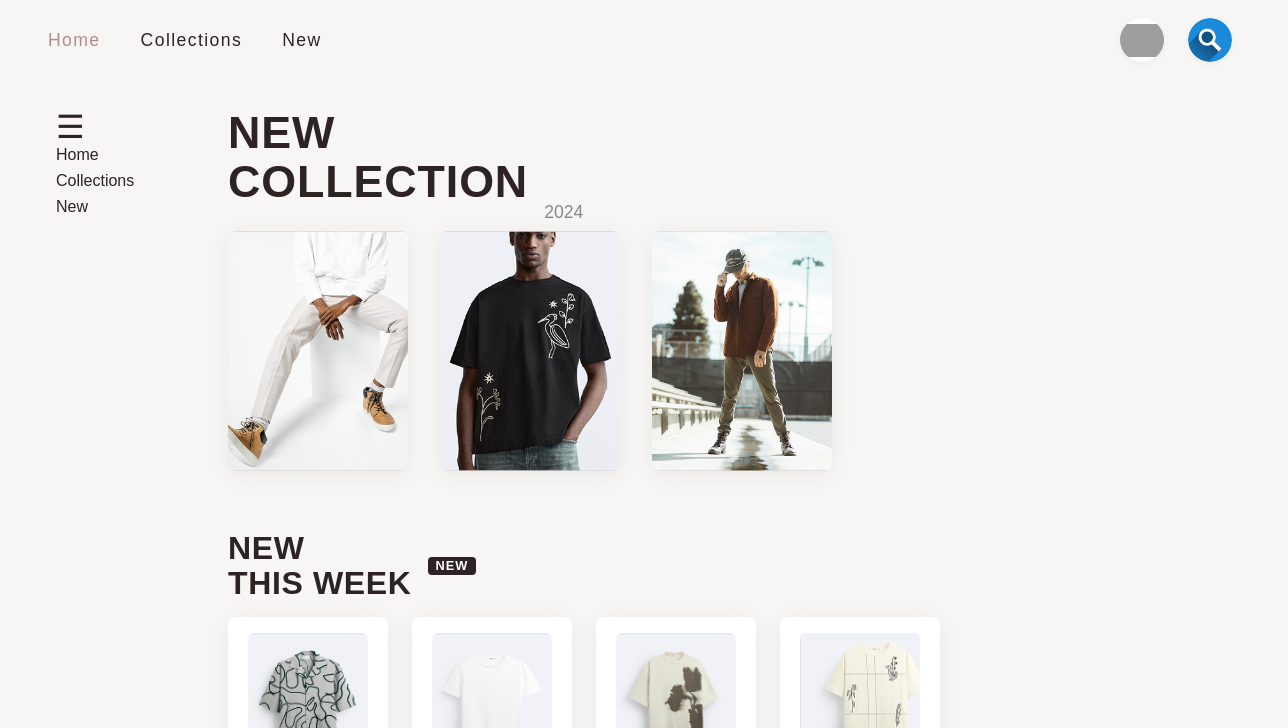
Repository: Diegoms0595/retail-dashboard-app
Page: index.html
These files come from the project's save history. The page is drawn as it stood at one moment and after the next save; the edit follows.
The browser window is 1280 px wide. The page is 1288 px wide, so the pictures cover 1288 px, including what lies to the right of the window. The pictures show the whole page.
Pictures or frames that could not be fetched are drawn as grey boxes. An inner scrolling area shows only its first screen.

Above is the page before, as saved 2025-06-23 19:33:33.

### index.html
<!DOCTYPE html>
<html lang="en">
<head>
  <meta charset="UTF-8" />
  <meta name="viewport" content="width=device-width, initial-scale=1.0"/>
  <title>XIV Fashion Home</title>
  <link rel="stylesheet" href="style.css" />
</head>
<body>

  <div data-include="header.html"></div>

  <div class="main-wrapper">
    <aside class="sidebar" id="sidebar">
      <div class="sidebar-menu">
        <span class="menu-icon" id="menuToggle">&#9776;</span>
        <div class="sidebar-links">
          <span>Home</span>
          <span>Collections</span>
          <span>New</span>
        </div>
      </div>
    </aside>

    <main class="main-content">
      <section class="hero-section">
        <div class="section-header">
          <h1 class="hero-title">NEW<br>COLLECTION</h1>
          <span class="section-subtitle">2024</span>
        </div>
        <div class="hero-products">
          <img src="Assets/hero1.png" alt="Product 1" />
          <img src="Assets/hero2.png" alt="Product 2" />
          <img src="Assets/hero3.png" alt="Product 3" />
        </div>
      </section>

      <section class="week-section">
        <div class="section-header">
          <h2 class="section-title">NEW<br>THIS WEEK <span class="new-badge">NEW</span></h2>
        </div>
        <div class="week-products">
          <div class="week-product">
            <img src="Assets/week1.png" alt="Pattern Shirt" />
            <div class="product-name">Pattern Shirt</div>
            <div class="product-price">$199</div>
          </div>
          <div class="week-product">
            <img src="Assets/week2.png" alt="White Tee" />
            <div class="product-name">White Tee</div>
            <div class="product-price">$150</div>
          </div>
          <div class="week-product">
            <img src="Assets/week3.png" alt="Beige Tee" />
            <div class="product-name">Beige Tee</div>
            <div class="product-price">$170</div>
          </div>
          <div class="week-product">
            <img src="Assets/week4.png" alt="Print Tee" />
            <div class="product-name">Print Tee</div>
            <div class="product-price">$160</div>
          </div>
        </div>
      </section>

      <section class="collection-section">
        <div class="section-header">
          <h2 class="section-title">XIV<br>COLLECTIONS<br>23-24</h2>
        </div>
        <div class="collection-products">
          <div class="collection-product">
            <img src="Assets/col1.png" alt="Green Shirt" />
            <div class="product-name">Green Shirt</div>
            <div class="product-price">$199</div>
          </div>
          <div class="collection-product">
            <img src="Assets/col2.png" alt="White Pants" />
            <div class="product-name">White Pants</div>
            <div class="product-price">$170</div>
          </div>
          <div class="collection-product">
            <img src="Assets/col3.png" alt="Beige Tee" />
            <div class="product-name">Beige Tee</div>
            <div class="product-price">$150</div>
          </div>
        </div>
      </section>

      <section class="approach-section">
        <h3>OUR APPROACH TO FASHION DESIGN</h3>
        <p>Minimal, aesthetic, and sustainable. We believe in timeless design and responsible production for a better future.</p>
        <div class="approach-gallery">
          <img src="Assets/look1.png" alt="Lookbook 1" />
          <img src="Assets/look2.png" alt="Lookbook 2" />
          <img src="Assets/look3.png" alt="Lookbook 3" />
          <img src="Assets/look4.png" alt="Lookbook 4" />
        </div>
      </section>
    </main>
  </div>

  <div data-include="footer.html"></div>

  <script src="include.js" defer></script>


</body>
</html>

### style.css
* {
  box-sizing: border-box;
}

html, body {
  margin: 10;
  padding: 0;
  font-family: 'Montserrat', Arial, sans-serif;
  background: #f7f6f4;
  color: #2d2323;
  height: 100%;
  width: 100%;
  overflow-x: hidden;
}

body {
  min-height: 100vh;
  width: 100vw;
}

.site-header {
  width: 100vw;
  height: 80px;
  display: flex;
  align-items: center;
  justify-content: space-between;
  padding: 0 48px;
  background: none;
  box-sizing: border-box;
  position: fixed;
  top: 0;
  left: 0;
  z-index: 10;
}

.main-nav {
  display: flex;
  gap: 40px;
}

.main-nav a {
  text-decoration: none;
  color: #2d2323;
  font-size: 1.1rem;
  letter-spacing: 0.08em;
  padding: 8px 0;
  transition: color 0.2s;
}

.main-nav a.active,
.main-nav a:hover {
  color: #b48b8b;
}

.top-icons {
  display: flex;
  gap: 24px;
  align-items: center;
}

.icon-btn {
  width: 44px;
  height: 44px;
  display: flex;
  align-items: center;
  justify-content: center;
  border-radius: 50%;
  background: #fff;
  border: none;
  box-shadow: 0 2px 8px rgba(0,0,0,0.04);
  cursor: pointer;
  padding: 0;
  overflow: hidden;
}

.icon-btn img {
  width: 100%;
  height: 100%;
  object-fit: contain;
  display: block;
}

.main-wrapper {
  display: flex;
  flex-direction: row;
  margin-top: 100px;
  width: 100vw;
  box-sizing: border-box;
}

.sidebar {
  width: 220px;
  background: none;
  padding: 0 24px 0 48px;
  font-size: 1rem;
  display: flex;
  flex-direction: column;
  gap: 32px;
}

.menu-icon {
  font-size: 2rem;
  margin-bottom: 24px;
  cursor: pointer;
}


.sidebar-links {
  display: flex;
  flex-direction: column;
  gap: 8px;
  margin-bottom: 24px;
}

.sidebar-filters {
  display: flex;
  flex-direction: column;
  gap: 10px;
}

.filter-title {
  font-weight: bold;
  margin-bottom: 10px;
}

.filter-group {
  margin-bottom: 8px;
  font-size: 0.95rem;
}

.filter-count {
  color: #888;
  font-size: 0.9em;
}

.main-content {
  flex: 1;
  display: flex;
  flex-direction: column;
  align-items: stretch;
  margin-right: 48px;
}

.hero-section {
  margin-top: 0;
  margin-bottom: 48px;
  display: flex;
  flex-direction: column;
  align-items: flex-start;
}

.section-header {
  display: flex;
  align-items: flex-end;
  justify-content: space-between;
  margin-bottom: 8px;
}

.hero-title {
  font-size: 2.8rem;
  font-weight: 800;
  margin: 0 0 16px 0;
  line-height: 1.1;
  letter-spacing: 0.02em;
}

.section-subtitle {
  font-size: 1.1rem;
  color: #888;
  margin-left: 16px;
}

.hero-products {
  display: flex;
  gap: 32px;
  margin-bottom: 12px;
}

.hero-products img {
  width: 180px;
  height: 240px;
  object-fit: cover;
  border-radius: 8px;
  box-shadow: 0 4px 24px rgba(0,0,0,0.06);
  background: #fff;
}

.section-title {
  font-size: 2rem;
  font-weight: 800;
  margin: 0 0 8px 0;
  line-height: 1.1;
  letter-spacing: 0.02em;
  display: flex;
  align-items: center;
  gap: 8px;
}

.new-badge {
  background: #2d2323;
  color: #fff;
  font-size: 0.8rem;
  border-radius: 4px;
  padding: 2px 8px;
  margin-left: 8px;
  font-weight: 600;
  letter-spacing: 0.08em;
}

.week-section {
  margin-bottom: 48px;
}

.week-products {
  display: flex;
  gap: 24px;
}

.week-product {
  background: #fff;
  border-radius: 8px;
  box-shadow: 0 4px 24px rgba(0,0,0,0.06);
  padding: 16px 8px 8px 8px;
  display: flex;
  flex-direction: column;
  align-items: center;
  width: 160px;
}

.week-product img {
  width: 120px;
  height: 140px;
  object-fit: cover;
  border-radius: 6px;
  margin-bottom: 8px;
  background: #fff;
}

.product-name {
  font-size: 1.05rem;
  font-weight: 600;
  margin-bottom: 2px;
  text-align: center;
}

.product-price {
  font-size: 1rem;
  color: #2d2323;
  font-weight: 700;
  margin-top: 4px;
}

.collection-section {
  margin-bottom: 48px;
}

.collection-products {
  display: flex;
  gap: 24px;
}

.collection-product {
  background: #fff;
  border-radius: 8px;
  box-shadow: 0 4px 24px rgba(0,0,0,0.06);
  padding: 16px 8px 8px 8px;
  display: flex;
  flex-direction: column;
  align-items: center;
  width: 160px;
}

.collection-product img {
  width: 120px;
  height: 140px;
  object-fit: cover;
  border-radius: 6px;
  margin-bottom: 8px;
  background: #fff;
}

.approach-section {
  margin: 64px 0 0 0;
  text-align: center;
}

.approach-section h3 {
  font-size: 1.3rem;
  font-weight: 700;
  margin-bottom: 8px;
  letter-spacing: 0.08em;
}

.approach-section p {
  font-size: 1rem;
  color: #6a5c5c;
  margin-bottom: 32px;
}

.approach-gallery {
  display: flex;
  justify-content: center;
  gap: 32px;
  margin-bottom: 48px;
}

.approach-gallery img {
  width: 140px;
  height: 180px;
  object-fit: cover;
  border-radius: 8px;
  background: #fff;
}

.site-footer {
  width: 100vw;
  display: flex;
  flex-direction: column;
  align-items: center;
  justify-content: center;
  padding: 32px 0 16px 0;
  background: none;
  box-sizing: border-box;
  margin-top: 32px;
}

.footer-links {
  display: flex;
  gap: 32px;
  margin-bottom: 16px;
}

.footer-links a {
  color: #2d2323;
  text-decoration: none;
  font-size: 1rem;
  letter-spacing: 0.08em;
  transition: color 0.2s;
}

.footer-links a:hover {
  color: #b48b8b;
}

.footer-brand {
  display: flex;
  align-items: center;
  gap: 16px;
  font-size: 1.3rem;
  font-weight: 700;
  letter-spacing: 0.1em;
  margin-top: 8px;
}

.footer-arrow {
  font-size: 1.5rem;
}

.footer-xiv {
  font-size: 1.5rem;
  font-weight: 900;
}

.footer-qr {
  font-size: 1.1rem;
  font-weight: 700;
}

### Include.js
function includeHTML() {
  const includes = document.querySelectorAll('[data-include]');
  includes.forEach(el => {
    const file = el.getAttribute('data-include');
    fetch(file)
      .then(res => res.text())
      .then(data => {
        el.innerHTML = data;
      })
      .catch(err => {
        console.error(err);
        el.innerHTML = "<!-- No se pudo cargar el archivo -->";
      });
  });
}

document.addEventListener("DOMContentLoaded", includeHTML);

### header.html
<header class="site-header">
  <nav class="main-nav">
    <a href="#" class="active">Home</a>
    <a href="#">Collections</a>
    <a href="#">New</a>
  </nav>
  <div class="top-icons">
    <button class="icon-btn">
      <img src="Assets/shopping-cart.png" alt="Cart Icon">
    </button>
    <button class="icon-btn">
      <img src="Assets/magnifying-glass-1083378_1280.png" alt="Search Icon">
    </button>
  </div>
</header>

### footer.html
 <!-- Footer -->
  <footer class="site-footer">
    <div class="footer-links">
      <a href="#">About Us</a>
      <a href="#">Contact</a>
      <a href="#">Privacy Policy</a>
      <a href="#">Terms of Service</a>
    </div>
    <div class="footer-brand">
      <span class="footer-arrow">&#9654;</span>
      <span class="footer-xiv">XIV</span>
      <span class="footer-qr">QR</span>
    </div>
  </footer>

After the next save:
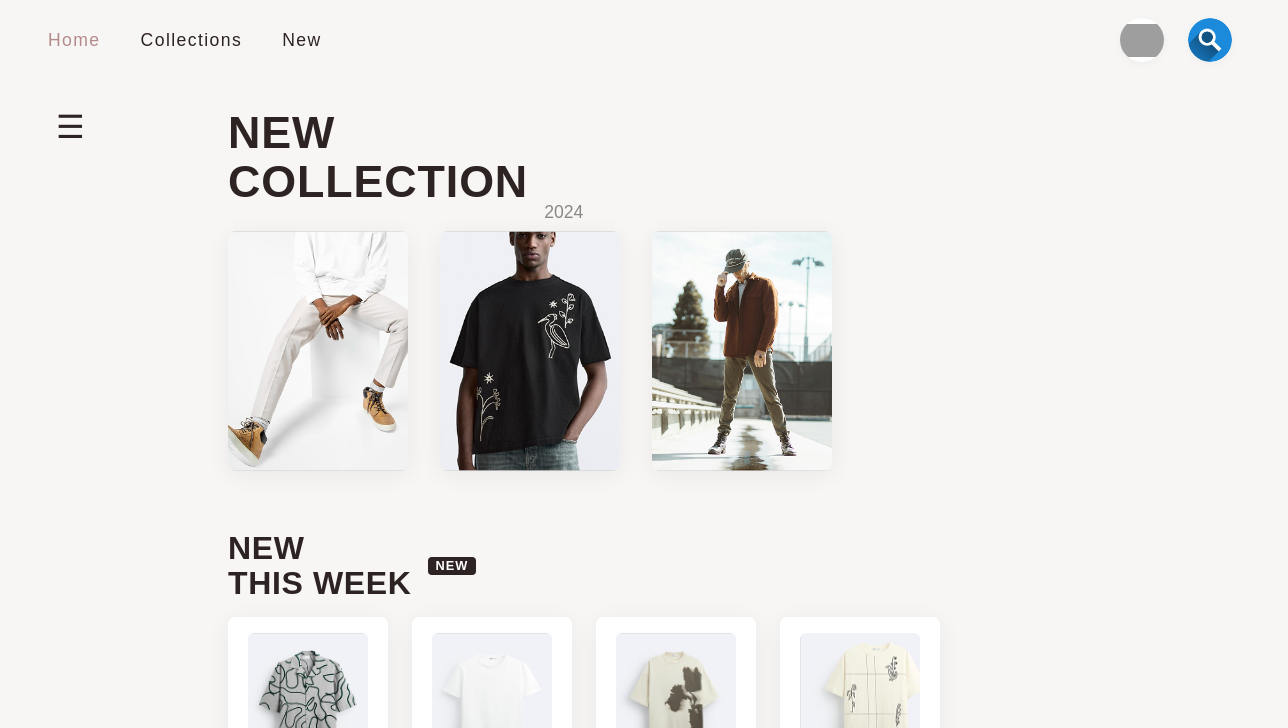
Saved 80 s later.
--- a/index.html
+++ b/index.html
@@ -14,7 +14,7 @@
     <aside class="sidebar" id="sidebar">
       <div class="sidebar-menu">
         <span class="menu-icon" id="menuToggle">&#9776;</span>
-        <div class="sidebar-links">
+        <div class="sidebar-links" id="sidebarLinks" style="display:none;">
           <span>Home</span>
           <span>Collections</span>
           <span>New</span>
@@ -102,7 +102,13 @@
   <div data-include="footer.html"></div>
 
   <script src="include.js" defer></script>
-
-
+  <script>
+    // Dropdown sidebar functionality
+    const menuToggle = document.getElementById('menuToggle');
+    const sidebarLinks = document.getElementById('sidebarLinks');
+    menuToggle.addEventListener('click', () => {
+      sidebarLinks.style.display = sidebarLinks.style.display === 'none' ? 'block' : 'none';
+    });
+  </script>
 </body>
 </html>
